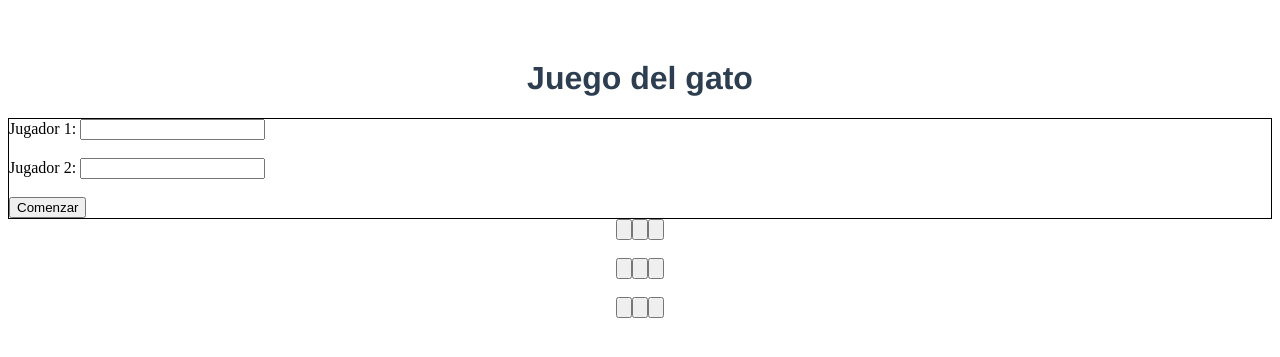
Repository: franciscamanquecheo/Taller-2
Page: / (app in vite-project/)
The author's editor kept a copy of each file at every save. The page is drawn from the files as they stood at one save, then again after the next save.
The browser window is 1280 px wide. The pictures show the whole page.
The project was rebuilt for these pictures with package versions that can differ from the ones it lists, and the page was loaded fresh each time. Also part of the build but not shown: vite-project/vite.config.ts.

Above is the page before, as saved 2022-06-17 17:23:10.

After the next save:
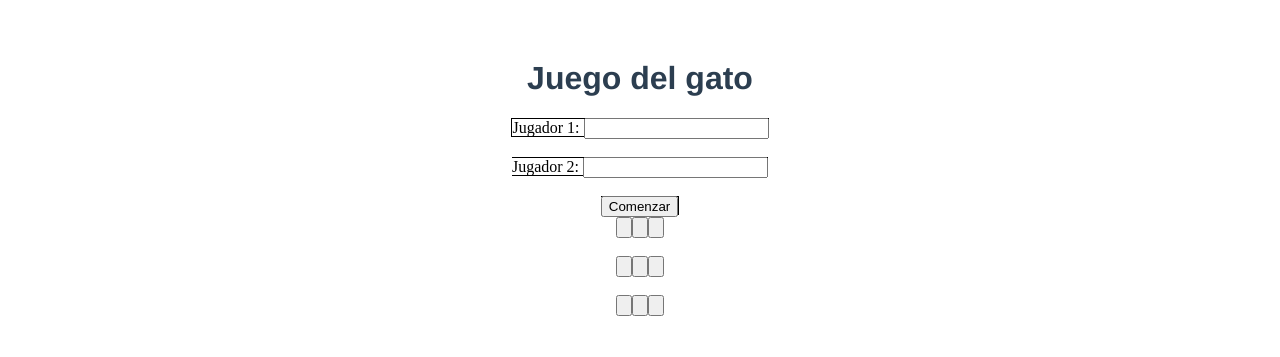
Saved 12 s later.
--- a/vite-project/src/App.vue
+++ b/vite-project/src/App.vue
@@ -55,6 +55,7 @@ h1 {
   margin-top: 60px;
 }
 article#comandos{
+  display: inline;
   text-align: left;
   border: 1px solid black;
 
